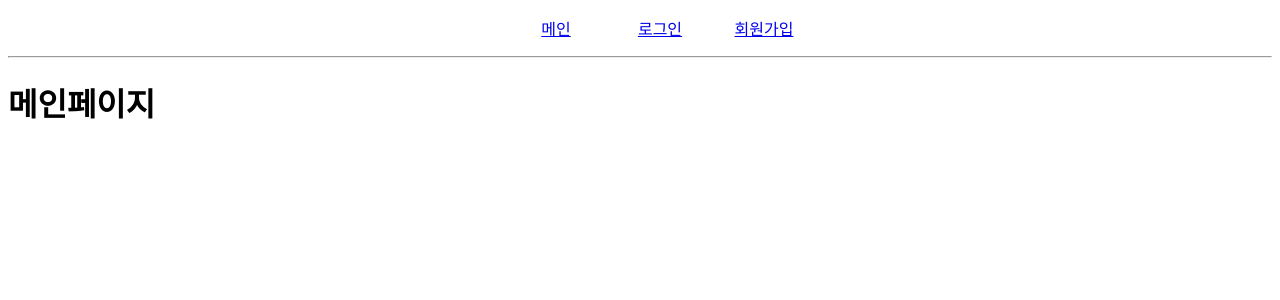
Repository: codingspecialist/jsp-weekend
Page: http://localhost/cos/main.jsp
The author's editor kept a copy of each file at every save. The page is drawn from the files as they stood at one save, then again after the next save.
The browser window is 1280 px wide. The pictures show the whole page.
The page is served by Tomcat 9.

Above is the page before, as saved 2020-08-22 06:26:25.

After the next save:
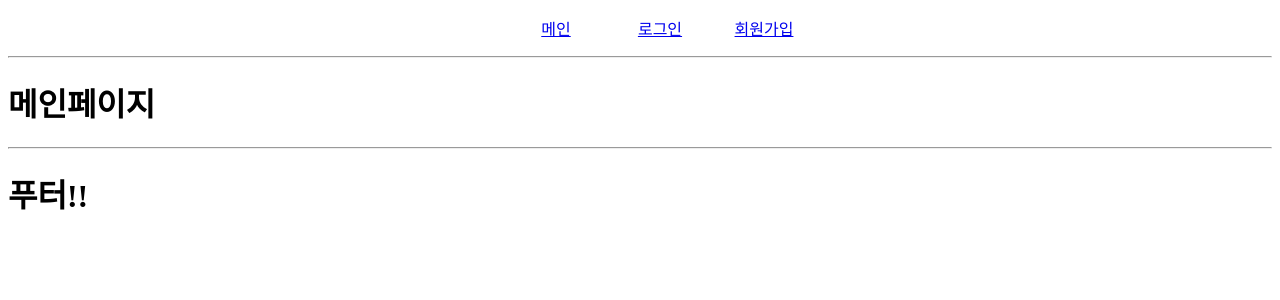
Saved 31 s later.
--- a/cos/WebContent/main.jsp
+++ b/cos/WebContent/main.jsp
@@ -4,3 +4,5 @@
 <%@ include file="layout/header.jsp" %>
 
 <h1>메인페이지</h1>
+
+<%@ include file="layout/footer.jsp" %>
